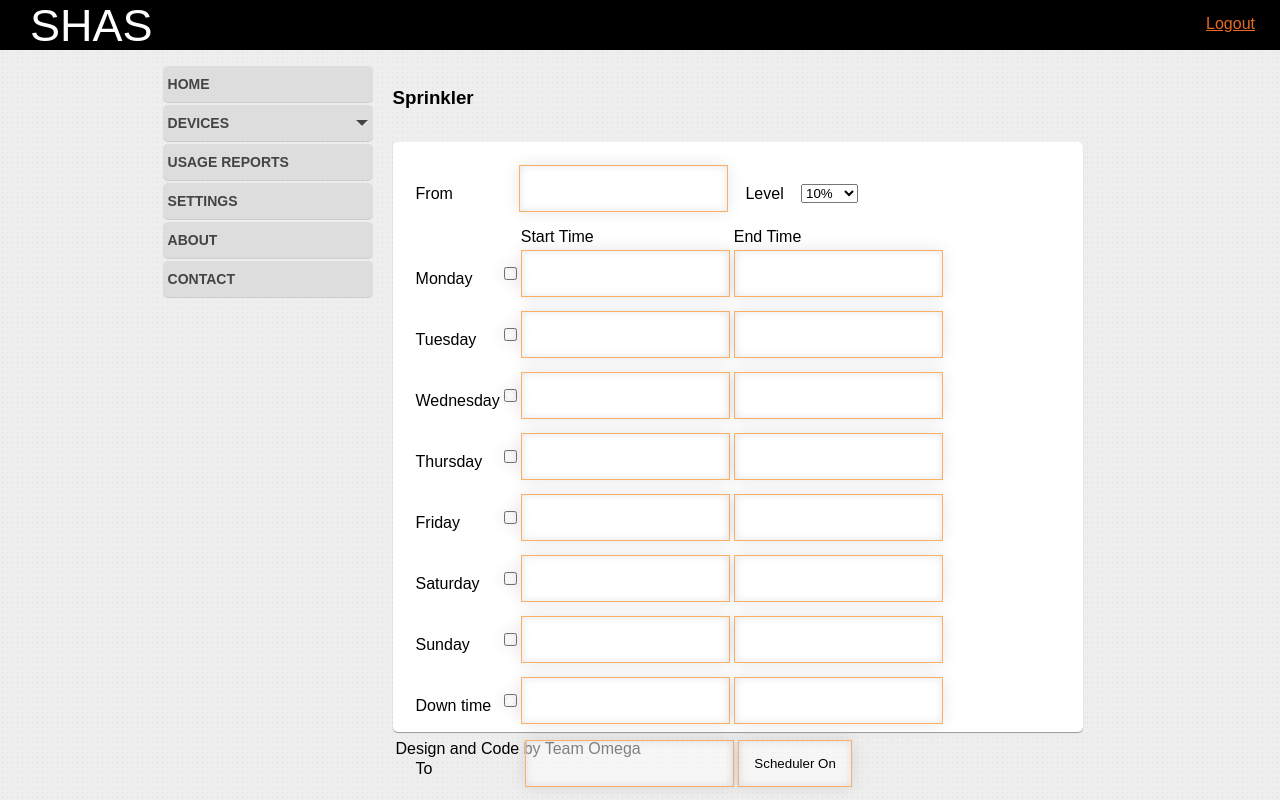
Repository: hassan-stash/shas
Page: http://localhost/SHAS/SprinklerGUI.jsp
The author's editor kept a copy of each file at every save. The page is drawn from the files as they stood at one save, then again after the next save.
The browser window is 1280 px wide. The pictures show the whole page.
Some web fonts or font styles are not loaded; a fallback is used. The page is served by Tomcat 9. Other server files are loaded and not shown. The template is opened directly, without the code that normally fills it, so the values that code supplies are empty.

Above is the page before, as saved 2013-04-06 23:54:59.
Console error: TypeError: Cannot read properties of undefined (reading 'timepicker')

### SHAS/WebContent/SprinklerGUI.jsp
<%@ page contentType="text/html; charset=iso-8859-1" language="java"%>
<html>
<head>
<title>Successfully Login by JSP</title>
<link href='http://fonts.googleapis.com/css?family=Wendy+One'
	rel='stylesheet' type='text/css'>
<script src="http://code.jquery.com/jquery-latest.min.js"></script>
<script type="text/javascript" src="js/timepicker.js"></script>
<script type="text/javascript">


</script>
<script type="text/javascript">
	function initMenu() {
		$('#menu ul').hide(); // Hide the submenu
		if ($('#menu li').has('ul'))
			$('#menu ul').prev().addClass('expandable'); // Expand/collapse a submenu when it exists
		$('.expandable').click(function() {
			$(this).next().slideToggle();
			$(this).toggleClass('expanded');
		});
	}

	// When document ready, call initMenu() function
	$(document).ready(function() {
		initMenu();
	});

	// When document ready, call initMenu() function
	$(document).ready(function() {
		initMenu();
	});
	$(document).ready(function() {
		$(function() {
			$('#selectedDateTime').datetimepicker();
		});
		$(function() {
			$('#fromDate').datetimepicker({
				dateFormat : 'yy-mm-dd'

			});
		});
		$(function() {
			$('#toDate').datetimepicker({
				dateFormat : 'yy-mm-dd'

			});
		});

		$(function() {
			$('#MonFromtime').datetimepicker({
				timeOnly : true

			});
		});
		$(function() {
			$('#MonTotime').datetimepicker({
				timeOnly : true

			});
		});
		$(function() {
			$('#TueFromtime').datetimepicker({
				timeOnly : true

			});
		});
		$(function() {
			$('#TueTotime').datetimepicker({
				timeOnly : true

			});
		});
		$(function() {
			$('#WedFromtime').datetimepicker({
				timeOnly : true

			});
		});
		$(function() {
			$('#WedTotime').datetimepicker({
				timeOnly : true

			});
		});
		$(function() {
			$('#ThuFromtime').datetimepicker({
				timeOnly : true

			});
		});
		$(function() {
			$('#ThuTotime').datetimepicker({
				timeOnly : true

			});
		});
		$(function() {
			$('#FriFromtime').datetimepicker({
				timeOnly : true

			});
		});
		$(function() {
			$('#FriTotime').datetimepicker({
				timeOnly : true

			});
		});
		$(function() {
			$('#SatFromtime').datetimepicker({
				timeOnly : true

			});
		});
		$(function() {
			$('#SatTotime').datetimepicker({
				timeOnly : true

			});
		});
		$(function() {
			$('#SunFromtime').datetimepicker({
				timeOnly : true

			});
		});
		$(function() {
			$('#SunTotime').datetimepicker({
				timeOnly : true

			});
		});
		$(function() {
			$('#DownFromtime').datetimepicker({
				timeOnly : true

			});
		});
		$(function() {
			$('#DownTotime').datetimepicker({
				timeOnly : true

			});
		});



		$(function() {
			$('#fromTime').datetimepicker({
				timeOnly : true

			});
		});
		$(function() {
			$('#toTime').datetimepicker({
				timeOnly : true

			});
		});

		$(function() {
			$('#overridefromDate').datetimepicker({
				dateFormat : 'yy-mm-dd'

			});
		});
		$(function() {
			$('#overrideToDate').datetimepicker({
				dateFormat : 'yy-mm-dd'

			});
		});
		$(function() {
			$('#shutFromDate').datetimepicker({
				dateFormat : 'yy-mm-dd'

			});
		});
		$(function() {
			$('#shutToDate').datetimepicker({
				dateFormat : 'yy-mm-dd'

			});
		});

	});

	function clickschedule() {
		document.sprinklerform.btnSchedule.value = "Sprinkler Off";
		//sprinklerform.submit();
	}
</script>
<style type="text/css">
input {
	border: 1px solid #FAB066;
	-webkit-box-shadow: inset 0 0 8px rgba(0, 0, 0, 0.1), 0 0 16px
		rgba(0, 0, 0, 0.1);
	-moz-box-shadow: inset 0 0 8px rgba(0, 0, 0, 0.1), 0 0 16px
		rgba(0, 0, 0, 0.1);
	box-shadow: inset 0 0 8px rgba(0, 0, 0, 0.1), 0 0 16px
		rgba(0, 0, 0, 0.1);
	padding: 15px;
	background: rgba(255, 255, 255, 0.5);
	margin: 0 0 10px 0;
}
body {
	background: #eee
		url(data:[embedded picture, 218 characters]);
	font-family: Arial, Helvetica, sans-serif;
	font-size: 16px;
	margin: 0;
	padding: 0;
}

#header {
	background: none repeat scroll 0 0 #000000;
	height: 50px;
	width: 100%;
	top: 15px;
}

#topmenu ul {
	float: left;
	top: 15px;
	padding: 0;
	text-align: center;
	width: auto;
}

ul {
	list-style: none outside none;
}

#topmenu li {
	list-style-type: none;
	padding-left: 38px;
	padding-right: 38px;
	display: inline;
	height: 22px;
	text-align: center;
	width: auto;
}

#logout {
	float: right;
	position: relative;
	top: 15px;
	padding-right: 25px;
}

a {
	color: #E56A22;
}

#topmenu {
	display: block;
	float: left;
	position: relative;
	color: white;
	height: 30px;
	width: 800px;
	left: 50px;
}

#welcomeName {
	color: white;
	float: right;
	position: relative;
	top: 15px;
	right: 30px;
	padding-right: 2px;
}

aside {
	float: left;
	margin-right: 20px;
	width: 250px;
	display: block;
}

nav {
	display: block;
}

/* Vertical menu */
#menu {
	display: block;
}

#menu ul {
	position: relative;
	padding: 0;
}

#menu li {
	margin: 0 0 3px 0;
}

#menu a {
	display: block;
	*display: inline-block;
	*width: 240px;
	text-decoration: none;
	background: #ddd;
	color: #444;
	padding: 10px 5px;
	text-transform: uppercase;
	font: bold 14px Arial, Helvetica, sans-serif;
	-moz-border-radius: 5px;
	-webkit-border-radius: 5px;
	border-radius: 5px;
	-moz-box-shadow: 0 1px 0 #ccc;
	-webkit-box-shadow: 0 1px 0 #ccc;
	box-shadow: 0 1px 0 #ccc;
}

#menu a:hover {
	color: #eee;
	background: #9c9c9c;
	background: -webkit-gradient(linear, left top, left bottom, from(#bbb),
		to(#999) );
	background: -webkit-linear-gradient(top, #bbb, #999);
	background: -moz-linear-gradient(top, #bbb, #999);
	background: -ms-linear-gradient(top, #bbb, #999);
	background: -o-linear-gradient(top, #bbb, #999);
	background: linear-gradient(top, #bbb, #999);
}

#menu .expandable {
	position: relative;
}

#menu .expandable:before,#menu .expandable:after {
	content: '';
	position: absolute;
	right: 5px;
	margin-top: 5px;
	border-top: 6px solid #444;
	border-right: 6px solid transparent;
	border-left: 6px solid transparent;
}

#menu .expandable:before {
	border-top-color: #fff;
	margin-top: 6px;
}

#menu .expanded:after {
	border-top: 0;
	border-bottom: 6px solid #444;
}

#menu .expanded:before {
	border-top: 0;
	border-bottom: 6px solid #fff;
}

#menu ul a {
	background: #f2f2f2;
	text-transform: none;
	font-weight: normal;
}

#menu ul a:hover {
	background: #fafafa;
	color: #444;
}

#logo {
	color: #ffffff;
	font-family: 'Wendy One', sans-serif;
	font-size: 45px;
	position: relative;
	left: 30px;
	float: left;
}

footer {
	position: relative;
	text-align: right;
	width: 800px;
	background-color: white;
	display: block;
	top: 559px;
	height: 20px;
	font-size: 14px;
}

section {
	position: relative;
	display: block;
	top: 15px;
	left: 18px;
}

#content {
	float: left;
	width: 800px;
}
#main {
    width: 900px;
    margin: 0 auto;
}
#statusdiv    {
    width: 350px;
    height: 400px;
    float: left;
}

#leveldiv  {
    width: 350px;
    height: 400px;
    float: right;

}

article {
	position: relative;
	padding: 20px;
	top: 15px;
	margin: 0 0 20px 0;
	text-align: left;
	background: #fff;
	-moz-box-shadow: 0 1px 1px #999;
	-webkit-box-shadow: 0 1px 1px #999;
	box-shadow: 0 1px 1px #999;
	-moz-border-radius: 5px;
	-webkit-border-radius: 5px;
	border-radius: 5px;
	height: 550px;
	width: 650px
}

articletime {
	position: relative;
	padding: 20px;
	top: 15px;
	margin: 0 0 20px 0;
	text-align: left;
	background: #fff;
	-moz-box-shadow: 0 1px 1px #999;
	-webkit-box-shadow: 0 1px 1px #999;
	box-shadow: 0 1px 1px #999;
	-moz-border-radius: 5px;
	-webkit-border-radius: 5px;
	border-radius: 5px;
	height: 600px;
	width: 650px
}

button {
	height: 40px;
	width: 70px;
	background-color: #DDDDDD;
	border: 1px solid #BBBBBB;
	border-radius: 3px 3px 3px 3px;
	box-shadow: 0 1px 0 rgba(0, 0, 0, 0.3), 0 2px 2px -1px
		rgba(0, 0, 0, 0.5), 0 1px 0 rgba(255, 255, 255, 0.3) inset;
	color: #555555;
	cursor: pointer;
	font: bold 13px arial, helvetica, sans-serif;
	text-shadow: 0 1px 0 rgba(255, 255, 255, 0.9);
	position: relative;
	margin-left: 30px;
	padding: 2px;
}

button:hover {
	background-color: #EEEEEE;
	color: #555555;
}

#sprinkbtn {
	left: 65px;
	background-color: lightgreen;
}

#thermobtn {
	left: 49px;
	background-color: ff3300;
}

#lightbtn {
	left: 72px;
	background-color: ff3300;
}

.status {
	position: relative;
	margin-left: 15px;
	text-align: left;
	padding: 5px;
}

#devstatustab {
	position: relative;
	background: #4c4c4c; /* Old browsers */
	background: -moz-linear-gradient(top, #4c4c4c 12%, #111111 51%, #2b2b2b 76%, #1c1c1c
		91%, #131313 100%); /* FF3.6+ */
	background: -webkit-gradient(linear, left top, left bottom, color-stop(12%, #4c4c4c),
		color-stop(51%, #111111), color-stop(76%, #2b2b2b),
		color-stop(91%, #1c1c1c), color-stop(100%, #131313) );
	/* Chrome,Safari4+ */
	background: -webkit-linear-gradient(top, #4c4c4c 12%, #111111 51%, #2b2b2b 76%,
		#1c1c1c 91%, #131313 100%); /* Chrome10+,Safari5.1+ */
	background: -o-linear-gradient(top, #4c4c4c 12%, #111111 51%, #2b2b2b 76%, #1c1c1c
		91%, #131313 100%); /* Opera 11.10+ */
	background: -ms-linear-gradient(top, #4c4c4c 12%, #111111 51%, #2b2b2b 76%, #1c1c1c
		91%, #131313 100%); /* IE10+ */
	background: linear-gradient(to bottom, #4c4c4c 12%, #111111 51%, #2b2b2b 76%,
		#1c1c1c 91%, #131313 100%); /* W3C */
	filter: progid : DXImageTransform.Microsoft.gradient (   startColorstr =
		'#4c4c4c', endColorstr = '#131313', GradientType = 0 ); /* IE6-9 */
	width: 100%;
	height: 20px;
	color: white;
	text-align: center;
}
</style>

</head>
<body>

<div id="header">
<div id="logo">SHAS</div>
<div id="logout"><a href="LogoutPage.jsp">Logout</a></div>
<!-- end of logout div -->
<div id="welcomeName">
<%

%>
</div>
<!-- end of welcomeName --></div>
<!-- end of header -->
<aside>
<nav>
<ul id="menu">
	<li><a href="#">Home</a></li>
	<li><a href="#" class="expandable">Devices</a>
	<ul style="display: none;">
		<li><a href="SprinklerGUI.jsp">Sprinkler</a></li>
		<li><a href="#">Thermostat</a></li>
		<li><a href="light.jsp">Lighting</a></li>
	</ul>
	</li>
	<li><a href="#">Usage Reports</a></li>
	<li><a href="#">Settings</a></li>
	<li><a href="#">About</a></li>
	<li><a href="#">Contact</a></li>
</ul>
</nav>
</aside>


<div id="content">

<form name="sprinklerform" action="SprinklerServlet" method="post"><br>

<%
	System.out.println("in scripletttttttttttttttttt");
	String btnScheduleValue;
	String btnOverScheduleValue;
	boolean ten = false;
	boolean twenty = false;
	boolean thirty = false;
	boolean forty = false;
	boolean fifty = false;
	boolean sixty = false;
	boolean seventy = false;
	boolean eighty = false;
	boolean ninety = false;
	boolean hundred = false;

	boolean monday = false;
	boolean tuesday = false;
	boolean wednesday =false;
	boolean thursday = false;
	boolean friday =false;
	boolean saturday =false;
	boolean sunday =false;
	boolean downtime =false;



	String Value;
	System.out.println("in scriplet");

	if (request.getAttribute("schedulerstatus") == null) {
		btnScheduleValue = "Scheduler On";

	} else {

		btnScheduleValue = (String) request
				.getAttribute("schedulerstatus");

	}





	String selectedFromdate = (String) request
			.getAttribute("cfromDate");
	String selectedTodate = (String) request.getAttribute("ctoDate");

	String oselectedFromdate = (String) request
			.getAttribute("ofromDate");
	String oselectedTodate = (String) request.getAttribute("otoDate");

	if (selectedFromdate == null) {
		selectedFromdate = "";
	}
	if (selectedTodate == null) {
		selectedTodate = "";
	}

	//-------------days set -------------------//
	String MonFromtime = (String) request
	.getAttribute("cMonFrom");
	String MonTotime = (String) request
	.getAttribute("cMonTo");
	if (MonFromtime == null)
	{
		MonFromtime = "";
	}
	if(MonTotime == null)
	{
		MonTotime ="";
	}

	String TueFromtime= (String) request
	.getAttribute("cTueFrom");
	String TueTotime= (String) request
	.getAttribute("cTueTo");
	if (TueFromtime == null)
	{
		TueFromtime = "";
	}
	if(TueTotime == null)
	{
		TueTotime ="";
	}

	String WedFromtime= (String) request
	.getAttribute("cWedFrom");
	String WedTotime= (String) request
	.getAttribute("cWedTo");
	if (WedFromtime == null)
	{
		WedFromtime = "";
	}
	if(WedTotime == null)
	{
		WedTotime ="";
	}

	String ThuFromtime= (String) request
	.getAttribute("cThuFrom");
	String ThuTotime= (String) request
	.getAttribute("cThuTo");
	if (ThuFromtime == null)
	{
		ThuFromtime = "";
	}
	if(ThuTotime == null)
	{
		ThuTotime ="";
	}

	String FriFromtime= (String) request
	.getAttribute("cFriFrom");
	String FriTotime= (String) request
	.getAttribute("cFriTo");
	if (FriFromtime == null)
	{
		FriFromtime = "";
	}
	if(FriTotime == null)
	{
		FriTotime ="";
	}

	String SatFromtime= (String) request
	.getAttribute("cSatFrom");
	String SatTotime= (String) request
	.getAttribute("cSatTo");
	if (SatFromtime == null)
	{
		SatFromtime = "";
	}
	if(SatTotime == null)
	{
		SatTotime ="";
	}


	String SunFromtime= (String) request
	.getAttribute("cSunFrom");
	String SunTotime= (String) request
	.getAttribute("cSunTo");
	if (SunFromtime == null)
	{
		SunFromtime = "";
	}
	if(SunTotime == null)
	{
		SunTotime ="";
	}


	String DownFromtime= (String) request
	.getAttribute("cDwnFrom");
	String DownTotime= (String) request
	.getAttribute("cDwnTo");
	if (DownFromtime == null)
	{
		DownFromtime = "";
	}
	if(DownTotime == null)
	{
		DownTotime ="";
	}

	//-----------------------------------------//


	//------------ for setting field values ----------------------------//
	System.out.println("beforen switch");

	String electedlevel = (String) request.getAttribute("clevel");
	if (electedlevel == null)
		electedlevel = "10";
	switch (Integer.parseInt(electedlevel)) {
	case 10:
		ten = true;
		break;
	case 20:
		twenty = true;
		break;
	case 30:
		thirty = true;
		break;
	case 40:
		forty = true;
		break;
	case 50:
		fifty = true;
		break;
	case 60:
		sixty = true;
		break;
	case 70:
		seventy = true;
		break;
	case 80:
		eighty = true;
		break;
	case 90:
		ninety = true;
		break;
	case 100:
		hundred = true;
		System.out.println("in hindred");
		break;
	default:
		ten = true;
		break;
	}


		//-------------required field check -------------------------------//
	String strMessage = "";
	if (request.getAttribute("ssReqFieldDefault") != null) {
		strMessage = request.getAttribute("ssReqFieldDefault")
				.toString();

	} else {
		strMessage = "";
	}

	System.out.println("outn switch");
%>

<div>

<h3>Sprinkler</h3>

<span type="text" id="lblMessage" name="lblMessage" class="color-red"><%=strMessage%></span>

</div>

<div>

<article>

<table border="0">
	<tr>
		<td>From &nbsp;&nbsp;&nbsp;&nbsp;&nbsp;&nbsp;&nbsp;&nbsp;&nbsp;&nbsp;&nbsp;&nbsp;&nbsp;</td>
		<td><input type="text" id="fromDate" name="fromDate"
			value="<%=selectedFromdate%>" class="dateinput" /></td>
			<td>&nbsp;&nbsp;&nbsp;Level&nbsp;&nbsp;&nbsp;</td>
		<td><select name="level">
			<option value="10" <%if (ten == true) {%> selected="selected" <%}%>>10%</option>
			<option value="20" <%if (twenty == true) {%> selected="selected"
				<%}%>>20%</option>
			<option value="30" <%if (thirty == true) {%> selected="selected"
				<%}%>>30%</option>
			<option value="40" <%if (forty == true) {%> selected="selected" <%}%>>40%</option>
			<option value="50" <%if (fifty == true) {%> selected="selected" <%}%>>50%</option>
			<option value="60" <%if (sixty == true) {%> selected="selected" <%}%>>60%</option>
			<option value="70" <%if (seventy == true) {%> selected="selected"
				<%}%>>70%</option>
			<option value="80" <%if (eighty == true) {%> selected="selected"
				<%}%>>80%</option>
			<option value="90" <%if (ninety == true) {%> selected="selected"
				<%}%>>90%</option>
			<option value="100" <%if (hundred == true) {%> selected="selected"
				<%}%>>100%</option>
		</select></td>

	</tr>
</table>

<table border="0">
	<tr>
		<td></td>
		<td>
		</td>
		<td>Start Time
		</td>
		<td>End Time </td>
	</tr>
	<tr>
		<td >Monday</td>
		<td ><input type="checkbox" name="chkMon" id="chkMon" <%if (monday == true) {%> checked="checked" <%}%> ></td>
		<td valign="top"><input type="text" id="MonFromtime" name="MonFromtime" class="timeinput"
			value="<%=MonFromtime%>" /></td>

		<td valign="top"><input type="text" id="MonTotime" name="MonTotime" class="timeinput"
			value="<%=MonTotime%>" /></td>
	</tr>
	<tr>
		<td>Tuesday</td>
		<td><input type="checkbox" name="chkTue" name="chkTue" <%if (tuesday == true) {%> checked="checked" <%}%>></td>
		<td><input type="text" id="TueFromtime" name="TueFromtime" class="timeinput"
			value="<%=TueFromtime%>" /></td>

		<td><input type="text" id="TueTotime" name="TueTotime" class="timeinput"
			value="<%=TueTotime%>" /></td>
	</tr>
	<tr>
		<td>Wednesday</td>
		<td><input type="checkbox" name="chkWed" name="chkWed" <%if (wednesday == true) {%> checked="checked" <%}%>></td>
		<td><input type="text" id="WedFromtime" name="WedFromtime" class="timeinput"
			value="<%=WedFromtime%>" /></td>

		<td><input type="text" id="WedTotime" name="WedTotime" class="timeinput"
			value="<%=WedTotime%>" /></td>
	</tr>
		<tr>
		<td>Thursday</td>
		<td><input type="checkbox" name="chkThu" name="chkThu" <%if (thursday == true) {%> checked="checked" <%}%>></td>
		<td><input type="text" id="ThuFromtime" name="ThuFromtime" class="timeinput"
			value="<%=ThuFromtime%>" /></td>

		<td><input type="text" id="ThuTotime" name="ThuTotime" class="timeinput"
			value="<%=ThuTotime%>" /></td>
	</tr>
	<tr>
		<td>Friday</td>
		<td><input type="checkbox" name="chkFri" name="chkFri" <%if (friday == true) {%> checked="checked" <%}%>></td>
		<td><input type="text" id="FriFromtime" name="FriFromtime" class="timeinput"
			value="<%=FriFromtime%>" /></td>

		<td><input type="text" id="FriTotime" name="FriTotime" class="timeinput"
			value="<%=FriTotime%>" /></td>
	</tr>
	<tr>
		<td>Saturday</td>
		<td><input type="checkbox" name="chkSat" name="chkSat" <%if (saturday== true) {%> checked="checked" <%}%>></td>
		<td><input type="text" id="SatFromtime" name="SatFromtime" class="timeinput"
			value="<%=SatFromtime%>" /></td>

		<td><input type="text" id="SatTotime" name="SatTotime" class="timeinput"
			value="<%=SatTotime%>" /></td>
	</tr>
	<tr>
		<td>Sunday</td>
		<td><input type="checkbox" name="chkSun" name="chkSunday"
			<%if (sunday == true) {%> checked="checked" <%}%>></td>
		<td><input type="text" id="SunFromtime" name="SunFromtime" class="timeinput"
			value="<%=SunFromtime%>" /></td>
		<td><input type="text" id="SunTotime" name="SunTotime" class="timeinput"
			value="<%=SunTotime%>" /></td>
	</tr>
	<tr>

		<td>Down time</td>
		<td><input type="checkbox" name="chkDown" name="chkDown"
			<%if (downtime == true) {%> checked="checked" <%}%>></td>
		<td><input type="text" id="DownFromtime" name="DownFromtime" class="timeinput"
			value="<%=DownFromtime%>" /></td>

		<td><input type="text" id="DownTotime" name="DownTotime" class="timeinput"
			value="<%=DownTotime%>" /></td>

	</tr>


</table>
<table border="0">
	<tr>
		<td>To &nbsp;&nbsp;&nbsp;&nbsp;&nbsp;&nbsp;&nbsp;&nbsp;&nbsp;&nbsp;&nbsp;&nbsp;&nbsp;&nbsp;&nbsp;&nbsp;&nbsp;&nbsp;&nbsp;</td>
		<td><input type="text" id="fromDate" name="fromDate"
			value="<%=selectedTodate%>" class="dateinput" /></td>
			<td><input type="submit" id="btnSchedule" name="btnSchedule"
			value="<%=btnScheduleValue%>" class="buttonorange " /></td>

	</tr>

</table>


</article>

</div>

</form>

<table width="100%" border= "0">
<tr><td><span type="text" id="lblMessage" name="lblMessage" class="color-red">Design and Code by Team Omega</span></td> </tr>


</table>

</body>
</html>

Loaded but not shown: SHAS/WebContent/js/timepicker.js (1919 lines, source omitted)

After the next save:
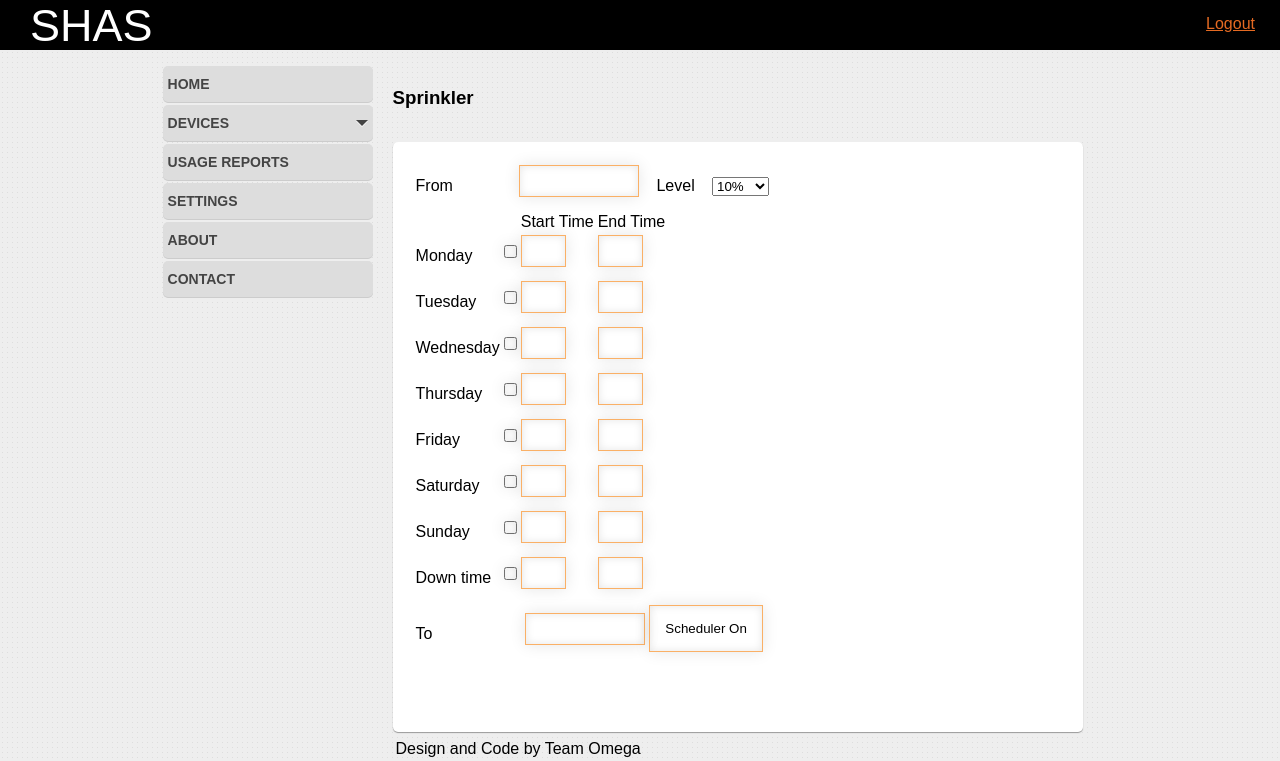
Saved 2 min 3 s later.
--- a/SHAS/WebContent/SprinklerGUI.jsp
+++ b/SHAS/WebContent/SprinklerGUI.jsp
@@ -464,6 +464,36 @@ button {
 	position: relative;
 	margin-left: 30px;
 	padding: 2px;
+}
+
+.dateinput{
+	border: 1px solid #FAB066;
+	-webkit-box-shadow: inset 0 0 8px rgba(0, 0, 0, 0.1), 0 0 16px
+		rgba(0, 0, 0, 0.1);
+	-moz-box-shadow: inset 0 0 8px rgba(0, 0, 0, 0.1), 0 0 16px
+		rgba(0, 0, 0, 0.1);
+	box-shadow: inset 0 0 8px rgba(0, 0, 0, 0.1), 0 0 16px
+		rgba(0, 0, 0, 0.1);
+	padding: 15px;
+	background: rgba(255, 255, 255, 0.5);
+	margin: 0 0 10px 0;
+	height: 10px;
+	width: 120px
+}
+
+.timeinput{
+	border: 1px solid #FAB066;
+	-webkit-box-shadow: inset 0 0 8px rgba(0, 0, 0, 0.1), 0 0 16px
+		rgba(0, 0, 0, 0.1);
+	-moz-box-shadow: inset 0 0 8px rgba(0, 0, 0, 0.1), 0 0 16px
+		rgba(0, 0, 0, 0.1);
+	box-shadow: inset 0 0 8px rgba(0, 0, 0, 0.1), 0 0 16px
+		rgba(0, 0, 0, 0.1);
+	padding: 15px;
+	background: rgba(255, 255, 255, 0.5);
+	margin: 0 0 10px 0;
+	height: 5px;
+	width: 45px
 }
 
 button:hover {
